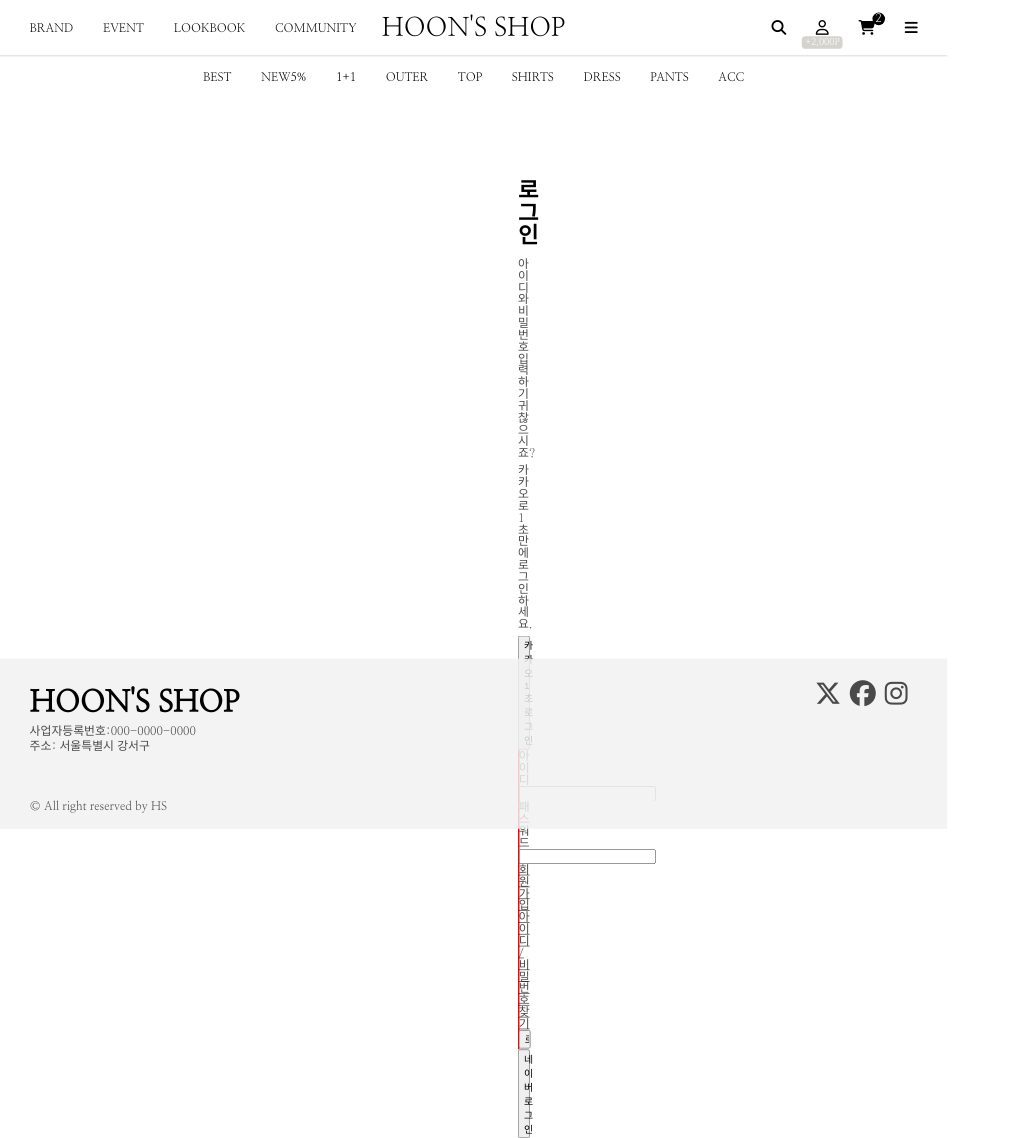
Repository: Iimchaehoon/cafeProject
Page: login.html
An editor plug-in stored every save of this project. The page is shown before and after the next save, followed by the edit.
The browser window is 1280 px wide. The page is 1400 px wide, so the pictures cover 1400 px, including what lies to the right of the window. The pictures show the whole page, at 74% of full size.
Some web libraries are served in a nearby version.

Above is the page before, as saved 2024-07-29 20:28:59.

After the next save:
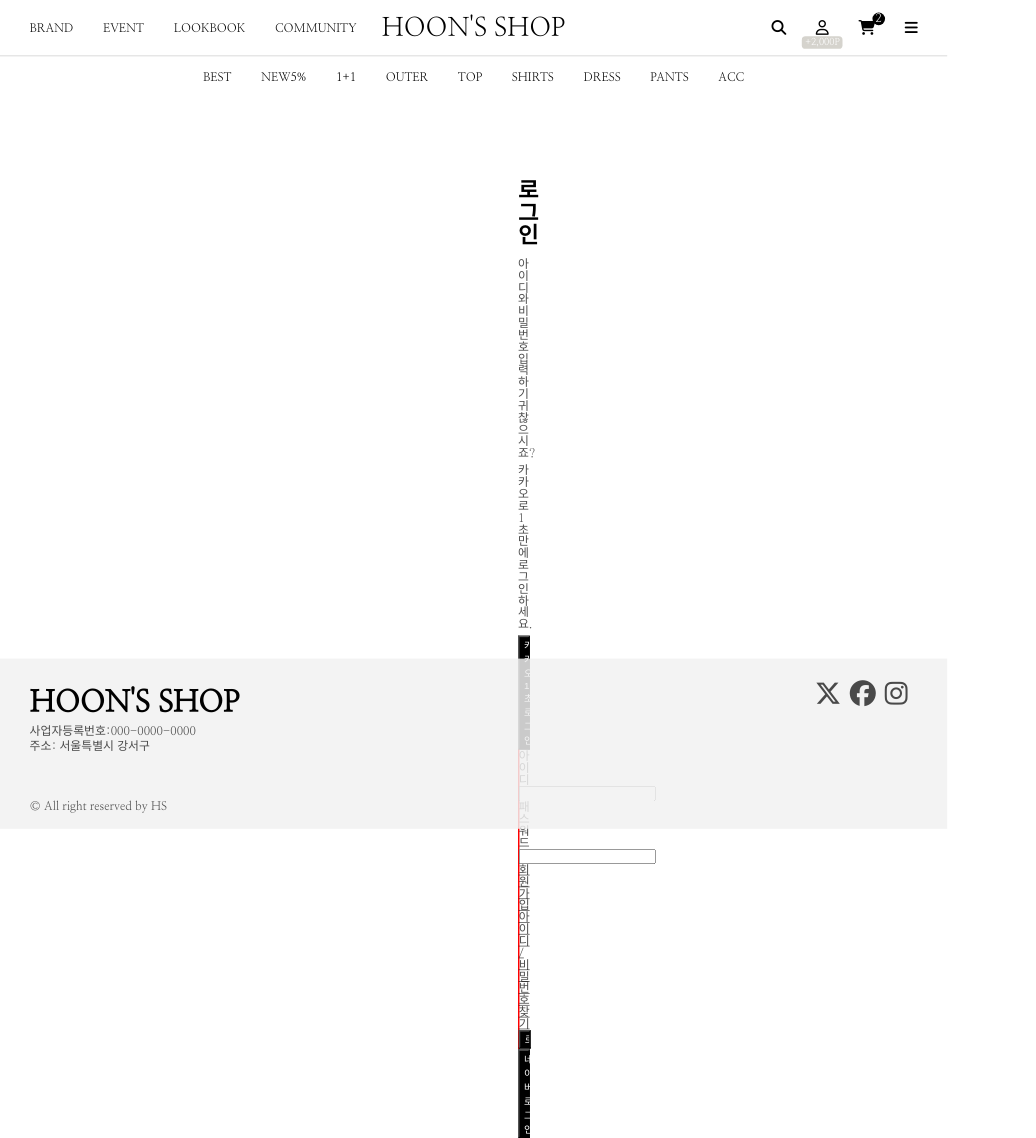
Saved 28 s later.
--- a/src/css/pages/login.css
+++ b/src/css/pages/login.css
@@ -23,3 +23,7 @@
   display: flex;
   flex-direction: column;
 }
+.login__btn {
+  background-color: black;
+  color: white;
+}
